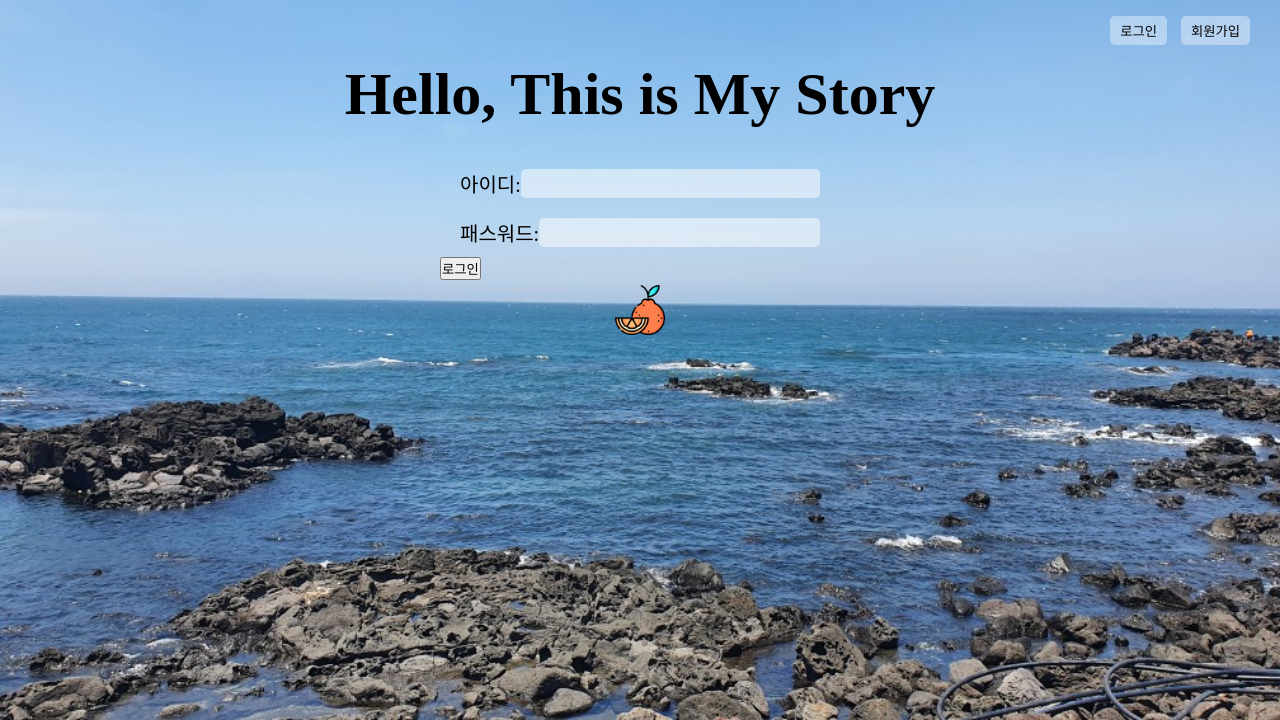
Repository: jeeniii/test2022_12_29
Page: http://localhost/portfolio/mem/login
An editor plug-in stored every save of this project. The page is shown before and after the next save, followed by the edit.
The browser window is 1280 px wide. The pictures show the whole page.
The page is served by Tomcat 9.

Above is the page before, as saved 2022-12-13 08:20:23.

After the next save:
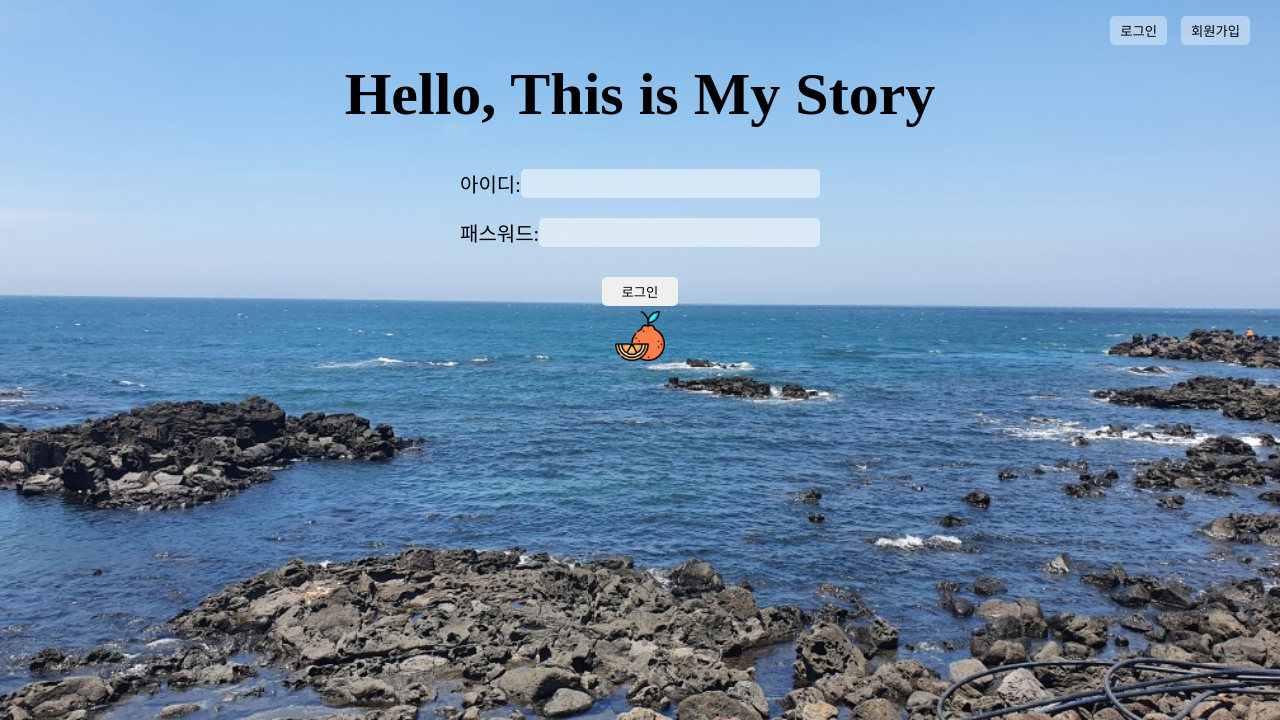
Saved 7 s later.
--- a/JSP_Portfolio/portfolio/src/main/webapp/resources/css/login.css
+++ b/JSP_Portfolio/portfolio/src/main/webapp/resources/css/login.css
@@ -18,3 +18,14 @@ form {
 	border-radius: 5px;
 	background-color: rgba(255, 255, 255, 0.503);
 }
+button[type="submit"]{
+	border-radius: 5px;
+	border: none;
+	padding: 5px 20px;
+}
+.btndiv{
+	margin-top:20px;
+	width: 100%;
+	display: flex;
+	justify-content: center;
+}
